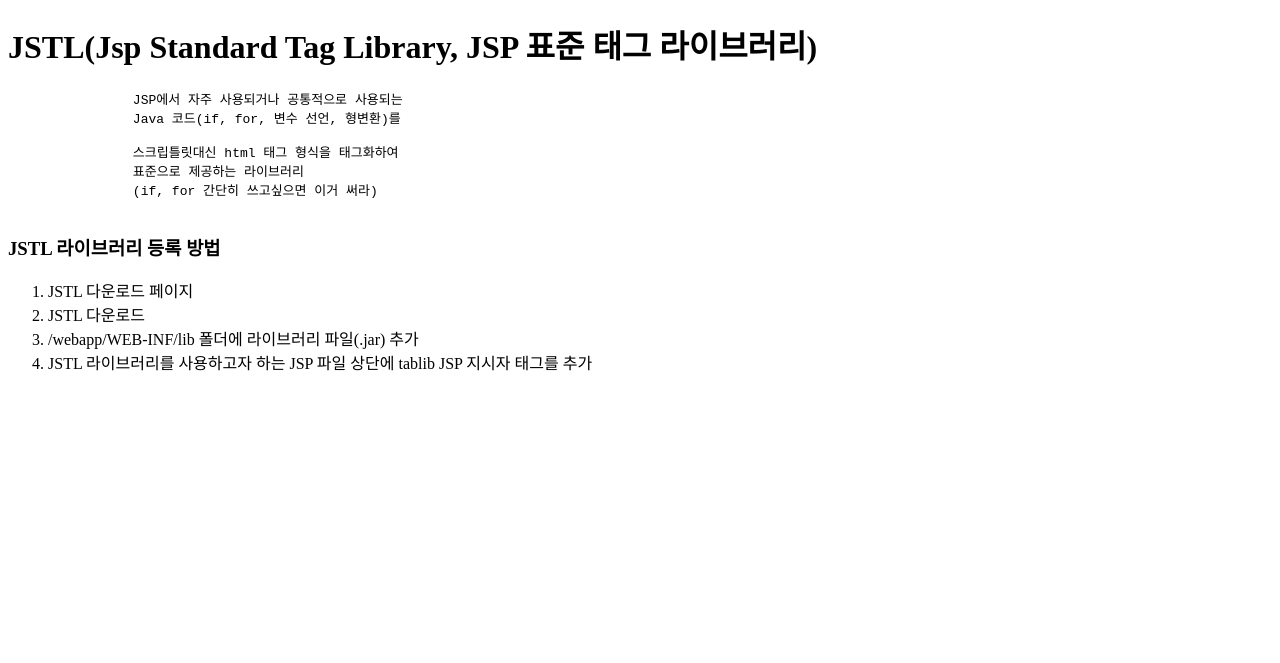
Repository: Rabsterd/6_Server
Page: http://localhost/JSPProject2/jstl/main
The author's editor kept a copy of each file at every save. The page is drawn from the files as they stood at one save, then again after the next save.
The browser window is 1280 px wide. The pictures show the whole page.
The page is served by Tomcat 9.

Above is the page before, as saved 2023-09-19 03:23:26.

After the next save:
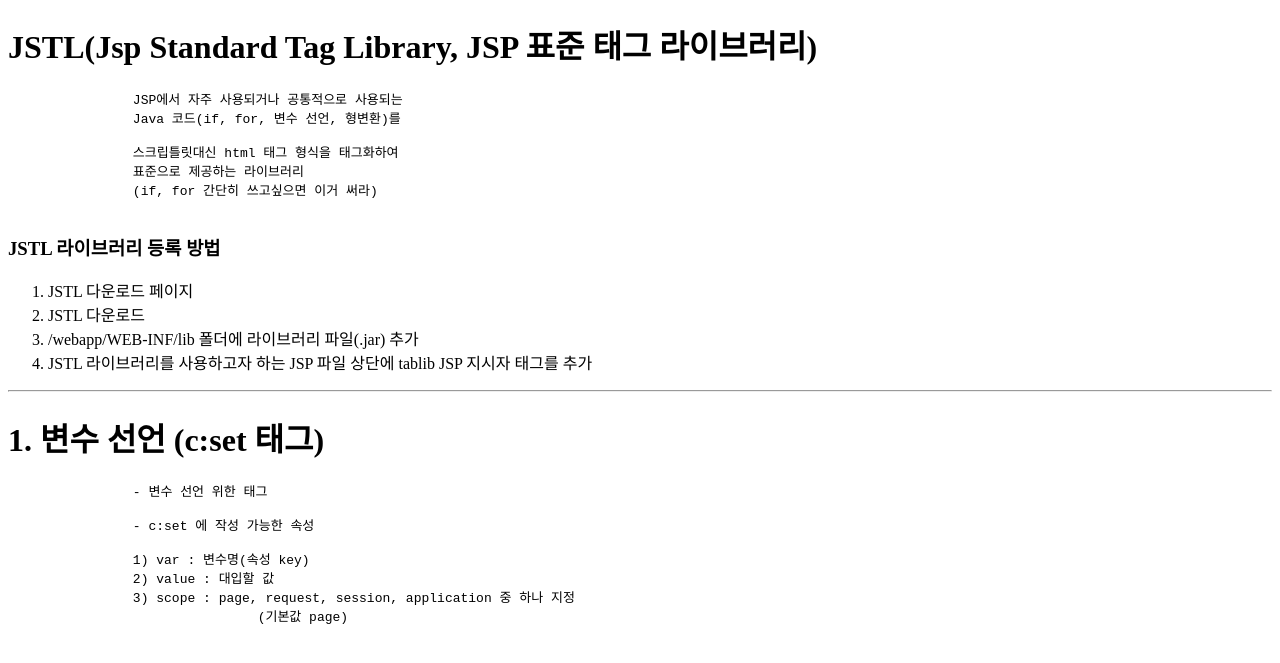
Saved 5 min 32 s later.
--- a/JSPProject2/src/main/webapp/WEB-INF/views/jstl/main.jsp
+++ b/JSPProject2/src/main/webapp/WEB-INF/views/jstl/main.jsp
@@ -54,9 +54,28 @@
 			tablib JSP 지시자 태그를 추가
 		</li>
 	</ol>
+	<hr>
 
+	<h1>1. 변수 선언 (c:set 태그)</h1>
 
+	<pre>
+		- 변수 선언 위한 태그
 
+		- c:set 에 작성 가능한 속성
+
+		1) var : 변수명(속성 key)
+		2) value : 대입할 값
+		3) scope : page, request, session, application 중 하나 지정
+				(기본값 page)
+	</pre>
+
+	<%
+		// 스크립틀릿으로 page scope 에 속성 세팅하는 방법
+		pageContext.setAttribute("num1", 10);
+	%>
+
+	<%-- JSTL로 page scope에 속성 세팅하는 방법 --%>
+	<c:set var="num2" value="20" scope= "page" />
 
 
 
